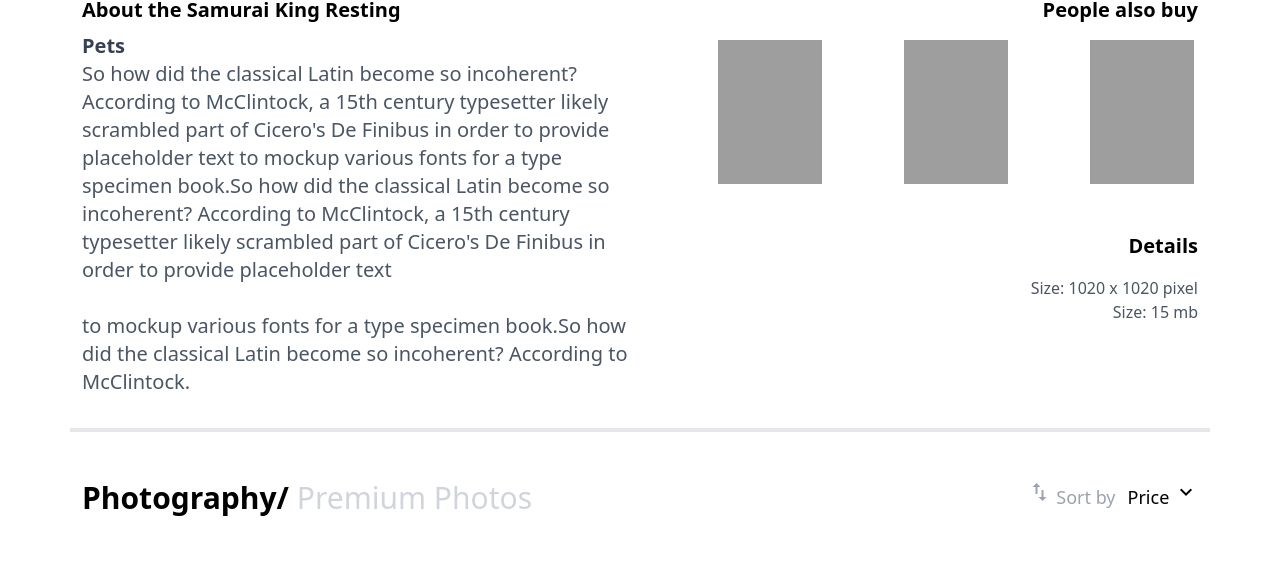
Repository: latenightsnacc/cra-template-html
Page: index.html
An editor plug-in stored every save of this project. The page is shown before and after the next save, followed by the edit.
The browser window is 1280 px wide. The pictures show the part of the page from y = 528 to 1104 px (the page is 2228 px tall).
Pictures or frames that could not be fetched are drawn as grey boxes. A picture or video elsewhere on the page could not be fetched, so the positions and the page height are approximate.

Above is the page before, as saved 2021-04-22 16:04:12.

### index.html
<!DOCTYPE html>
<html lang="en">
<head>
    <meta charset="UTF-8">
    <meta http-equiv="X-UA-Compatible" content="IE=edge">
    <meta name="viewport" content="width=device-width, initial-scale=1.0">
    <!--Tailwind Css-->
    <link href="https://unpkg.com/tailwindcss@^2/dist/tailwind.min.css" rel="stylesheet">
    <!--Bootstrap CSS-->
    <link href="https://cdn.jsdelivr.net/npm/bootstrap@5.0.0-beta3/dist/css/bootstrap.min.css" rel="stylesheet" integrity="sha384-eOJMYsd53ii+scO/bJGFsiCZc+5NDVN2yr8+0RDqr0Ql0h+rP48ckxlpbzKgwra6" crossorigin="anonymous">
    <!--Material Icons-->
    <link href="https://fonts.googleapis.com/css?family=Material+Icons|Material+Icons+Outlined|Material+Icons+Two+Tone|Material+Icons+Round|Material+Icons+Sharp" rel="stylesheet">
    <!--Google Font-->
    <link rel="preconnect" href="https://fonts.gstatic.com">
    <link href="https://fonts.googleapis.com/css2?family=Archivo:wght@400;700&display=swap" rel="stylesheet">
    <!--Page Title-->
    <title>CRA-TEMPLATE</title>

    <!--STYLING-->
    <style>
        @import url('https://fonts.googleapis.com/css2?family=Archivo:wght@400;700&display=swap');
        body {
            font-family: 'Archivo' sans-serif;
        }
    </style>
</head>
<body class="bg-white overflow-x-hidden">
    <main class="wrapper mx-auto p-1">

        <!--Navbar-->
        <nav class="bg-white ">
            <div class="container border-b-4 border-b-gray-300 relative">
                <div class="flex flex-row justify-between py-3 ">
                    <a href="index.html">
                        <p>BEJAMAS</p>
                    </a>
                    <button class="relative">
                        <span class="material-icons-outlined">
                            shopping_cart
                            </span>
                            <div class="absolute bottom-0 top-7 left-4">
                                <span class=" opacity-100 w-1.5 h-1 text-xs p-1 bg-black text-white rounded-sm">0</span>
                            </div>

                    </button>
                </div>
                <div class="absolute -bottom-30 right-0 ">
                    <!--CART MODAL-->
                    <div id="cart-modal" class="opacity-0 h-auto bg-white w-96 border-4 border-gray-100 z-50 p-3">
                        <!--CLOSE BUTTON-->
                        <div class="flex flex-row justify-end items-center">
                            <span class="material-icons-outlined">
                                close
                                </span>
                        </div>
                        <!--CART ITEM-->
                        <div class="flex flex-row h-24 items-center mb-2">
                            <!--ITEM DETAILS-->
                            <div class="w-2/3">
                                <div class="text-lg font-bold capitalize text-black">samurai king resting </div>
                                <div class="flex flex-row items-center text-gray-600 text-2xl">
                                     &dollar;10000.00
                                </div>
                            </div>
                            <!--ITEM IMAGE-->
                            <div class="w-1/3">
                                <img src="/potd.jpg" alt="" class="w-32">
                            </div>
                        </div>
                        <!--END OF CART ITEM-->

                    </div>
                </div>
            </div>
        </nav>
        <!--End of Navbar-->

        <!--PHOTO OF THE DAY-->
        <div class="container">
            <div class="flex flex-row justify-between py-4">
                <!--Photo Title-->
                <h3 class="capitalize text-2xl md:text-3xl font-bold">samurai king resting</h3>
                <!--Add To Car Button-->
                <button class="hidden md:block bg-black text-white uppercase h-12 w-64 text-2xl">add to cart</button>
            </div>
            <!--Photo Box-->
            <div class="relative py-3 ">
                <img class="z-20" src="/potd.jpg"  alt="">
                <div class="absolute bottom-0 left-0">
                    <div class="bg-white font-semibold text-sm text-black w-64 h-16 text-center py-3">Photo of the day</div>
                </div>
            </div>
            <!--Add To Car Button-->
            <button class="mt-2 md:hidden bg-black text-white uppercase h-12 w-full text-2xl">add to cart</button>
        </div>
        <!--DETAILS OF PHOTO OF THE DAY-->
        <div class="container border-b-4 border-b-gray-300">
            <div class="flex flex-col md:flex-row py-3">
                <!--About Photo of the Day-->
                <div class="w-full md:w-1/2">
                    <h4 class="text-black font-bold text-lg md:text-xl">About the Samurai King Resting</h4>
                    <span class="py-5-5 text-gray-700 text-lg md:text-xl font-bold">Pets</span>
                    <!--Text-->
                    <p class="text-lg md:text-xl text-gray-600">So how did the classical Latin become so incoherent? According to McClintock, a 15th century typesetter likely scrambled part of Cicero's De Finibus in order to provide placeholder text
                     to mockup various fonts for a type specimen book.So how did the classical Latin become so incoherent? According to McClintock, a 15th century typesetter likely scrambled part of Cicero's De Finibus in order to provide placeholder

                        text <br/> <br/>to mockup various fonts for a type specimen book.So how did the classical Latin become so incoherent? According to McClintock.</p>
                </div>
                <!--Related Posts-->
                <div class="w-full md:w-1/2">
                    <!--Related Pictures Title-->
                    <h4 class="text-left md:text-right text-black font-bold text-xl">People also buy</h4>
                    <!--Related Images-->
                    <div class="flex flex-row py-2 md:py-24">
                        <div class="w-full w-1/3">
                            <a href="#" >
                                <img class="md:float-right px-1 w-24 md:w-28  h-28 md:h-36 md:px-0  " src="/others.jpg" alt=""  >
                            </a></div>
                        <div class="w-full w-1/3">
                            <a href="#">
                                <img class="md:float-right px-1 w-24 md:w-28  h-28 md:h-36 md:px-0" src="/others.jpg" alt=""  >
                            </a>
                        </div>
                        <div class="w-full w-1/3">
                            <a href="#" >
                                <img class="md:float-right px-1 w-24 md:w-28  h-28 md:h-36 md:px-0" src="/others.jpg" alt=""  >
                            </a>
                        </div>
                    </div>
                    <!--PHOTO OF THE DAY DETAILS-->
                    <ul class="text-left md:text-right pl-0 mt-10">
                        <div class=" text-black font-bold text-xl capitalize pb-3">details</div>
                        <li class=" font-normal text-base text-gray-600">Size: 1020 x 1020 pixel</li>
                        <li class=" font-normal text-base text-gray-600">Size: 15 mb</li>
                    </ul>
                </div>
            </div>
        </div>
        <!--END OF PHOTO OF THE DAY-->

        <!--GALLERY-->
        <section class="container">
            <!--GALLERY TOP NAVIGATION-->
            <nav class="relative flex flex-row justify-between py-5">
                <div class="text-base md:text-3xl text-black font-bold">Photography/<span class="text-gray-300 text-base md:text-3xl font-normal"> Premium Photos</span></div>
                <ul class="flex flex-row">
                    <li class="hidden md:block flex flex-row items-center  h-8 text-lg md:mr-3 text-gray-400">
                        <span class="material-icons-outlined">
                        import_export
                        </span>
                         <span>Sort by</span>
                    </li>
                    <li class="hidden md:block flex flex-row items-center  h-8 text-lg text-black">
                        <span>Price</span>
                        <span class="material-icons-outlined">
                            keyboard_arrow_down
                            </span>


                    </li>
                    <li class=" md:hidden flex flex-row items-center text-black">
                        <span class="material-icons-outlined">filter_alt</span>
                    </li>
                </ul>
            </nav>

            <div class="flex flex-row">
                <!--SIDE MENU-->
                <div class="w-0 md:w-1/4 flex flex-col">
                    <!--Category Menu-->
                    <div class="hidden md:block mr-10 border-b-2 border-b-gray-300">

                        <ul class="pl-0 pb-5">
                            <div class="text-black font-bold text-xl capitalize mb-3">category</div>

                            <li class="flex flex-row items-center space-around capitalize text-2xl text-black mb-4">
                                <span class="material-icons-outlined mr-3">
                                check_box_outline_blank
                                </span>
                                People
                            </li>
                            <li class="flex flex-row items-center space-around capitalize text-2xl text-black mb-4">
                                <span class="material-icons-outlined mr-3">
                                check_box_outline_blank
                                </span>
                                Premium
                            </li>
                            <li class="flex flex-row items-center space-around capitalize text-2xl text-black mb-4">
                                <span class="material-icons-outlined mr-3">check_box</span>
                                pets
                            </li>
                            <li class="flex flex-row items-center space-around capitalize text-2xl text-black mb-4">
                                <span class="material-icons-outlined mr-3">check_box</span>
                                food
                            </li>
                            <li class="flex flex-row items-center space-around capitalize text-2xl text-black mb-4">
                                <span class="material-icons-outlined mr-3">check_box</span>
                                landmarks
                            </li>
                            <li class="flex flex-row items-center space-around capitalize text-2xl text-black mb-4">
                                <span class="material-icons-outlined mr-3">
                                check_box_outline_blank
                                </span>
                                cities
                            </li>
                            <li class="flex flex-row items-center space-around capitalize text-2xl text-black mb-3">
                                <span class="material-icons-outlined mr-3">
                                check_box_outline_blank
                                </span>
                                nature
                            </li>
                        </ul>
                    </div>

                    <!--Price Filter-->
                    <div class="hidden md:block pt-3">
                        <ul class="pl-0 pb-3">
                            <div class="text-black font-bold text-xl capitalize mb-3">price range</div>

                            <li class="flex flex-row items-center space-around  text-2xl text-black mb-4">
                                <span class="material-icons-outlined mr-3">
                                check_box_outline_blank
                                </span>
                                Lower than <span class="ml-1 font-semibold text-sm">&dollar;</span>20
                            </li>
                            <li class="flex flex-row items-center space-around  text-2xl text-black mb-4">
                                <span class="material-icons-outlined mr-3">
                                check_box_outline_blank
                                </span>
                                <span class="ml-1 font-semibold text-sm">&dollar;</span>20 - <span class="ml-1 font-semibold text-sm">&dollar;</span>100
                            </li>
                            <li class="flex flex-row items-center space-around  text-2xl text-black mb-4">
                                <span class="material-icons-outlined mr-3">
                                check_box_outline_blank
                                </span>
                                <span class="ml-1 font-semibold text-sm">&dollar;</span>100 - <span class="ml-1 font-semibold text-sm">&dollar;</span>200
                            </li>
                            <li class="flex flex-row items-center space-around  text-2xl text-black mb-4">
                                <span class="material-icons-outlined mr-3">
                                check_box_outline_blank
                                </span>
                                More than <span class="ml-1 font-semibold text-sm">&dollar;</span>200
                            </li>
                        </ul>
                    </div>
                </div>

                <!--GALLERY IMAGES-->
                <div class="w-full flex flex-col md:w-3/4">
                    <!--ROW ONE-->
                    <div class="flex flex-col md:flex-row justify-center">
                        <!--IMAGE-->
                        <div class="w-full md:w-1/3 mx-3 mb-5">
                            <div class=" flex">
                                <div class="group relative w-80">
                                    <img class="w-80 h-96" src="/others.jpg" alt="" >
                                    <!--Feature Tag-->
                                    <div class="absolute top-0 bottom-0">
                                        <div class="bg-white text-black font-semibold px-3 py-1 border-0 text-sm">Best seller</div>
                                    </div>
                                    <!--Add to cart Button-->
                                    <div class="absolute bottom-0 left-0 right-0">
                                        <button class="opacity-0 w-full  h-11  bg-black text-white uppercase group-hover:opacity-100">add to cart</button>
                                    </div>
                                </div>
                            </div>
                            <!--Image Category Tag-->
                            <div class="text-sm text-gray-600 capitalize pt-2 font-semibold">people</div>
                            <!--Image Title-->
                            <div class="font-bold text-black text-2xl capitalize">red bench</div>
                            <!--Image Price-->
                            <div class="text-gray-600  flex flex-row items-center"> <span class="text-sm">&dollar;</span><span class="text-xl">3.98</span></div>
                        </div>
                        <!--IMAGE-->
                        <div class="w-full md:w-1/3 mx-3 mb-5">
                            <div class="flex">
                                <div class="group relative w-80">
                                    <img class="w-80 h-96" src="/others.jpg" alt="" >
                                    <div class="absolute top-0 bottom-0">
                                        <div class=" opacity-0 bg-white text-black font-semibold px-3 py-1 border-0 text-sm">Best seller</div>
                                    </div>
                                    <!--Add to cart Button-->
                                    <div class="absolute bottom-0 left-0 right-0">
                                        <button class="opacity-0 w-full h-11 bg-black text-white uppercase group-hover:opacity-100">add to cart</button>
                                    </div>
                                </div>
                            </div>
                            <!--Image Category Tag-->
                            <div class="text-sm text-gray-600 capitalize pt-2 font-semibold">people</div>
                            <!--Image Title-->
                            <div class="font-bold text-black text-2xl capitalize">red bench</div>
                            <!--Image Price-->
                            <div class="text-gray-600  flex flex-row items-center"> <span class="text-sm">&dollar;</span><span class="text-xl">3.98</span></div>
                        </div>
                        <!--IMAGE-->
                        <div class="w-full md:w-1/3 mx-3 mb-5">
                            <div class="flex">
                                <div class="group relative w-80">
                                    <img class="w-80 h-96" src="/others.jpg" alt="" >
                                    <div class="absolute top-0 bottom-0">
                                        <div class=" opacity-0 bg-white text-black font-semibold px-3 py-1 border-0 text-sm">Best seller</div>
                                    </div>
                                    <!--Add to cart Button-->
                                    <div class="absolute bottom-0 left-0 right-0">
                                        <button class="opacity-0 w-full h-11 bg-black text-white uppercase group-hover:opacity-100">add to cart</button>
                                    </div>
                                </div>
                            </div>
                            <!--Image Category Tag-->
                            <div class="text-sm text-gray-600 capitalize pt-2 font-semibold">people</div>
                            <!--Image Title-->
                            <div class="font-bold text-black text-2xl capitalize">red bench</div>
                            <!--Image Price-->
                            <div class="text-gray-600  flex flex-row items-center"> <span class="text-sm">&dollar;</span><span class="text-xl">3.98</span></div>
                        </div>



                    </div>
                    <!--ROW TWO-->
                    <div class="flex flex-col md:flex-row justify-center">
                        <!--IMAGE-->
                        <div class="w-full md:w-1/3 mx-3 mb-5">
                            <div class="flex">
                                <div class="group relative w-80">
                                    <img class="w-80 h-96" src="/others.jpg" alt="" >
                                    <div class="absolute top-0 bottom-0">
                                        <div class=" opacity-0 bg-white text-black font-semibold px-3 py-1 border-0 text-sm">Best seller</div>
                                    </div>
                                    <!--Add to cart Button-->
                                    <div class="absolute bottom-0 left-0 right-0">
                                        <button class="opacity-0 w-full h-11 bg-black text-white uppercase group-hover:opacity-100">add to cart</button>
                                    </div>
                                </div>
                            </div>
                            <!--Image Category Tag-->
                            <div class="text-sm text-gray-600 capitalize pt-2 font-semibold">people</div>
                            <!--Image Title-->
                            <div class="font-bold text-black text-2xl capitalize">red bench</div>
                            <!--Image Price-->
                            <div class="text-gray-600  flex flex-row items-center"> <span class="text-sm">&dollar;</span><span class="text-xl">3.98</span></div>
                        </div>
                        <!--IMAGE-->
                        <div class="w-full md:w-1/3 mx-3 mb-5">
                            <div class="flex">
                                <div class="group relative w-80">
                                    <img class="w-80 h-96" src="/others.jpg" alt="" >
                                    <div class="absolute top-0 bottom-0">
                                        <div class=" opacity-0 bg-white text-black font-semibold px-3 py-1 border-0 text-sm">Best seller</div>
                                    </div>
                                    <!--Add to cart Button-->
                                    <div class="absolute bottom-0 left-0 right-0">
                                        <button class="opacity-0 w-full h-11 bg-black text-white uppercase group-hover:opacity-100">add to cart</button>
                                    </div>
                                </div>
                            </div>
                            <!--Image Category Tag-->
                            <div class="text-sm text-gray-600 capitalize pt-2 font-semibold">people</div>
                            <!--Image Title-->
                            <div class="font-bold text-black text-2xl capitalize">red bench</div>
                            <!--Image Price-->
                            <div class="text-gray-600  flex flex-row items-center"> <span class="text-sm">&dollar;</span><span class="text-xl">3.98</span></div>
                        </div>
                        <!--IMAGE-->
                        <div class="w-full md:w-1/3 mx-3 mb-5">
                            <div class="flex">
                                <div class="group relative w-80">
                                    <img class="w-80 h-96" src="/others.jpg" alt="" >
                                    <div class="absolute top-0 bottom-0">
                                        <div class=" opacity-0 bg-white text-black font-semibold px-3 py-1 border-0 text-sm">Best seller</div>
                                    </div>
                                    <!--Add to cart Button-->
                                    <div class="absolute bottom-0 left-0 right-0">
                                        <button class="opacity-0 w-full h-11 bg-black text-white uppercase group-hover:opacity-100">add to cart</button>
                                    </div>
                                </div>
                            </div>
                            <!--Image Category Tag-->
                            <div class="text-sm text-gray-600 capitalize pt-2 font-semibold">people</div>
                            <!--Image Title-->
                            <div class="font-bold text-black text-2xl capitalize">red bench</div>
                            <!--Image Price-->
                            <div class="text-gray-600  flex flex-row items-center"> <span class="text-sm">&dollar;</span><span class="text-xl">3.98</span></div>
                        </div>


                    </div>
                </div>
            </div>
        </section>
        <!--END OF GALLERY-->
        <!--PAGINATION-->
        <div class="flex flex-row w-full justify-center">
            <nav>
                <ul class="flex flex-row items-center h-16 justify-center">
                    <li>
                        <a href="#" class="text-black text-2xl md:text-3xl no-underline hover:text-black hover:no-underline text-base" aria-label="Previous">
                            <span class="material-icons-outlined">keyboard_arrow_left</span>
                        </a>
                    </li>
                    <li>
                        <a href="#" class="text-gray-400 text-2xl md:text-3xl no-underline hover:text-black hover:no-underline px-1">1</a>
                    </li>
                    <li>
                        <a href="#" class="text-gray-400 text-2xl md:text-3xl no-underline hover:text-black hover:no-underline px-1">2</a>
                    </li>
                    <li>
                        <a href="#" class="text-black text-2xl md:text-3xl font-bold no-underline hover:text-black hover:no-underline px-1">3</a>
                    </li>
                    <li>
                        <a href="#" class="text-gray-400 text-2xl md:text-3xl no-underline hover:text-black hover:no-underline px-1">4</a>
                    </li>
                    <li>
                        <a href="#" class="text-black text-2xl md:text-3xl no-underline hover:text-black hover:no-underline" aria-label="Previous">
                            <span class="material-icons-outlined">keyboard_arrow_right</span>
                        </a>
                    </li>
                </ul>
            </nav>
        </div>
        <!--END OF PAGINATION-->


    </main>
    <!--bootstrap JS-->
    <script src="https://cdn.jsdelivr.net/npm/bootstrap@5.0.0-beta3/dist/js/bootstrap.bundle.min.js" integrity="sha384-JEW9xMcG8R+pH31jmWH6WWP0WintQrMb4s7ZOdauHnUtxwoG2vI5DkLtS3qm9Ekf" crossorigin="anonymous"></script>
</body>
</html>

After the next save:
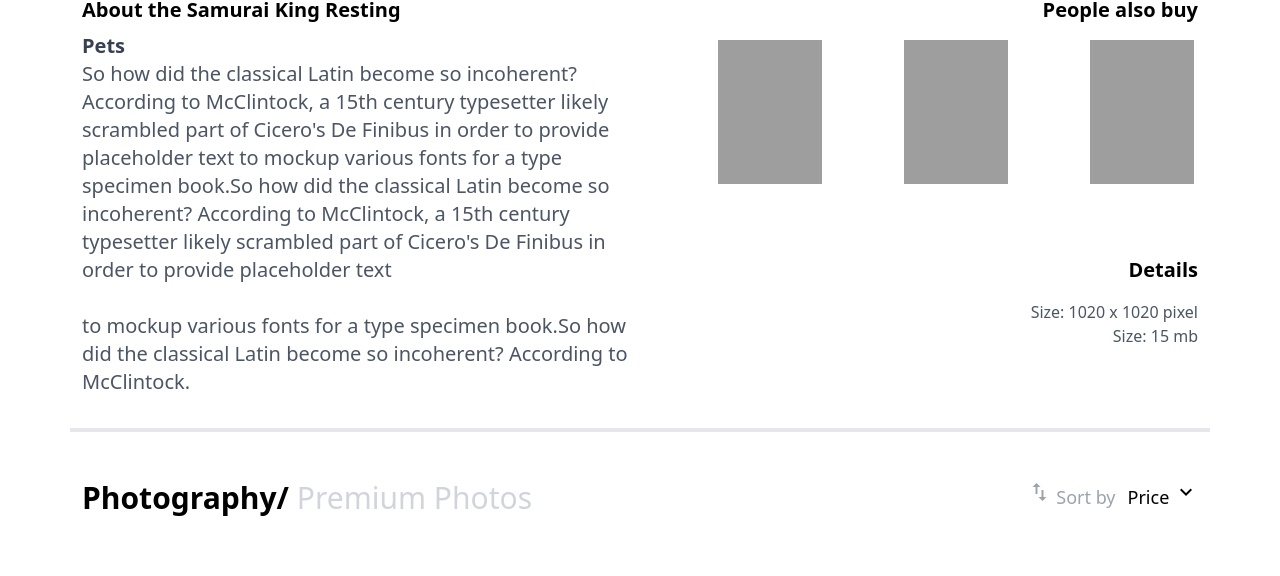
Saved 10 s later.
--- a/index.html
+++ b/index.html
@@ -128,7 +128,7 @@
                         </div>
                     </div>
                     <!--PHOTO OF THE DAY DETAILS-->
-                    <ul class="text-left md:text-right pl-0 mt-10">
+                    <ul class="text-left md:text-right pl-0 mt-16">
                         <div class=" text-black font-bold text-xl capitalize pb-3">details</div>
                         <li class=" font-normal text-base text-gray-600">Size: 1020 x 1020 pixel</li>
                         <li class=" font-normal text-base text-gray-600">Size: 15 mb</li>
